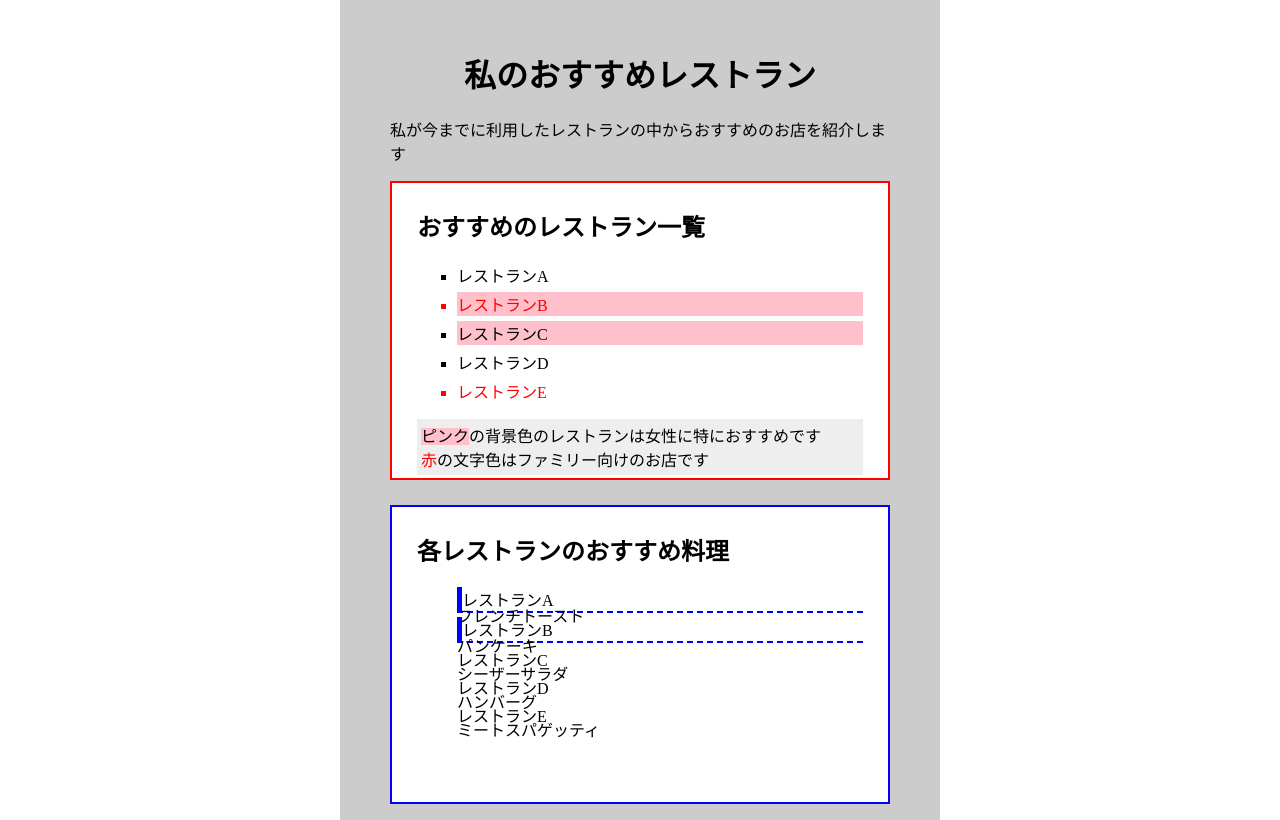
Repository: KubotaAtsushi/samurai_HTML-CSS
Page: 20210330/index.html
The author's editor kept a record of every edit. The page is drawn from the files as they stood at one moment, then again after the next edit.
The browser window is 1280 px wide. The pictures show the whole page.

Above is the page before.

### 20210330/index.html
<!DOCTYPE html>
<html lang="ja">
    <head>
        <meta charset="UTF-8">
        <title>私のおすすめレストラン</title>
        <link rel="stylesheet" href="style.css">
    </head>
    <body>
        <div id="wrapper">
            <h1>私のおすすめレストラン</h1>
            <p>私が今までに利用したレストランの中からおすすめのお店を紹介します</p>
            <div id="restaurant_list">
                <h2>おすすめのレストラン一覧</h2>
                <ul>
                    <li>レストランA</li>
                    <li class="red bg_pink">レストランB</li>
                    <li class="bg_pink">レストランC</li>
                    <li>レストランD</li>
                    <li class="red">レストランE</li>
                </ul>
                <p><span class="bg_pink">ピンク</span>の背景色のレストランは女性に特におすすめです<br>
<span class="red">赤</span>の文字色はファミリー向けのお店です</p>
            </div>
            <div id="restaurant_list2">
                <h2>各レストランのおすすめ料理</h2>
                <ul>
                    <li class="left">レストランA</li>
                    <li>フレンチトースト</li>
                    <li class="left">レストランB</li>
                    <li>パンケーキ</li>
                    <li>レストランC</li>
                    <li>シーザーサラダ</li>
                    <li>レストランD</li>
                    <li>ハンバーグ</li>
                    <li>レストランE</li>
                    <li>ミートスパゲッティ</li>
                </ul>
            </div>
        </div>
    </body>
</html>

### 20210330/style.css
@charset "utf-8";
body {
    height: 100vh;
    margin: 0;
}
div#wrapper {
    height: 100vh;
    width: 500px;
    margin: 0 auto;
    background-color: #ccc;
    padding: 50px;
}
h1 {
    margin-top: 0;
    text-align: center;
}
div#restaurant_list {
    height: 245px;
    background-color: white;
    border: solid 2px red;
    padding: 25px;
}
h2 {
    margin-top: 0;
}
ul {
    list-style-type: square;
}
.red{
    color: red;
}
.bg_pink{
    background-color: pink;
}
li {
    margin-bottom: 5px;
}
#restaurant_list p {
    background-color: #eee;
    padding: 4px;
}
div#restaurant_list2 {
    height: 245px;
    background-color: white;
    padding: 25px;
    border: solid 2px blue;
    margin-top: 25px
}
#restaurant_list2 li {
    margin-bottom: -10px;
    list-style: none;
}
.left{
    border: solid 5px blue;
    border-top: none;
    border-right: none;
    border-bottom: dashed 2px blue;
}

After the next edit:
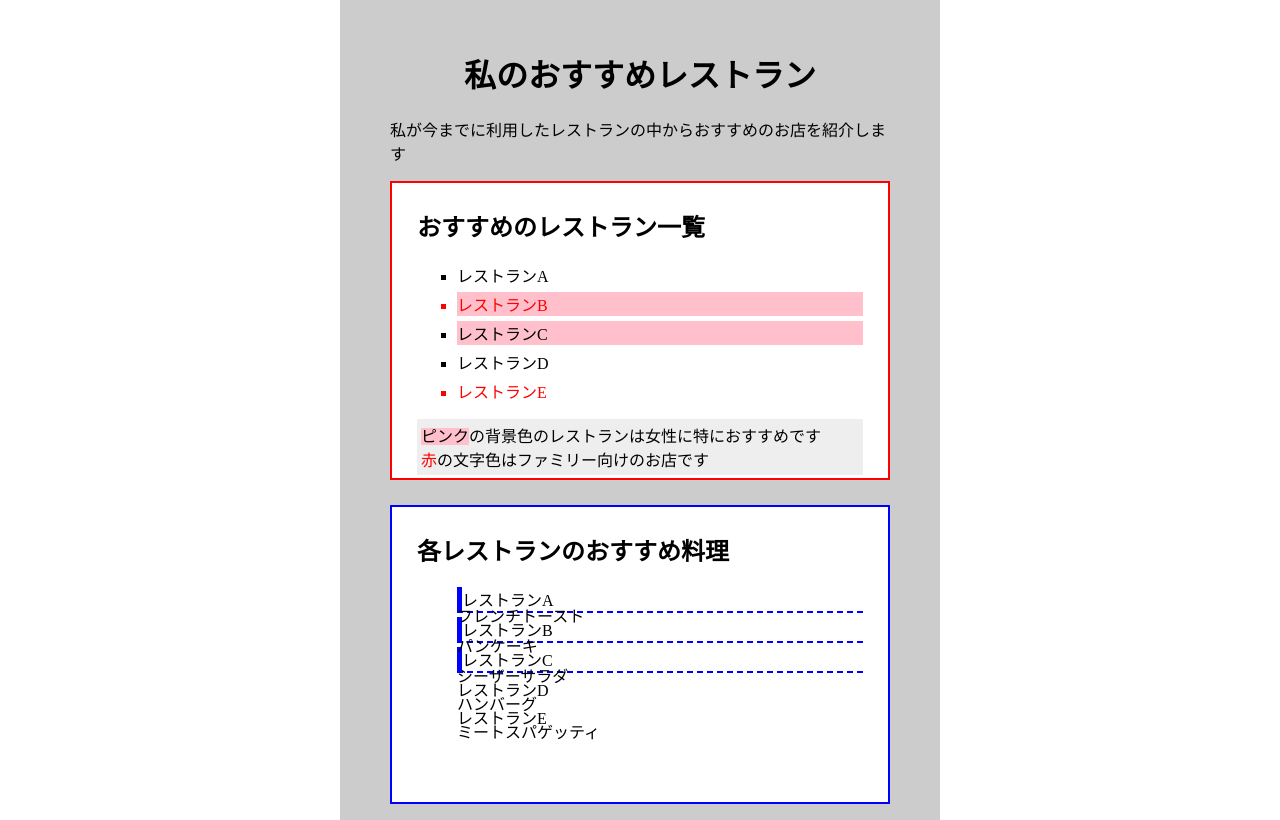
The edit:
--- a/20210330/index.html
+++ b/20210330/index.html
@@ -28,7 +28,7 @@
                     <li>フレンチトースト</li>
                     <li class="left">レストランB</li>
                     <li>パンケーキ</li>
-                    <li>レストランC</li>
+                    <li class="left">レストランC</li>
                     <li>シーザーサラダ</li>
                     <li>レストランD</li>
                     <li>ハンバーグ</li>
